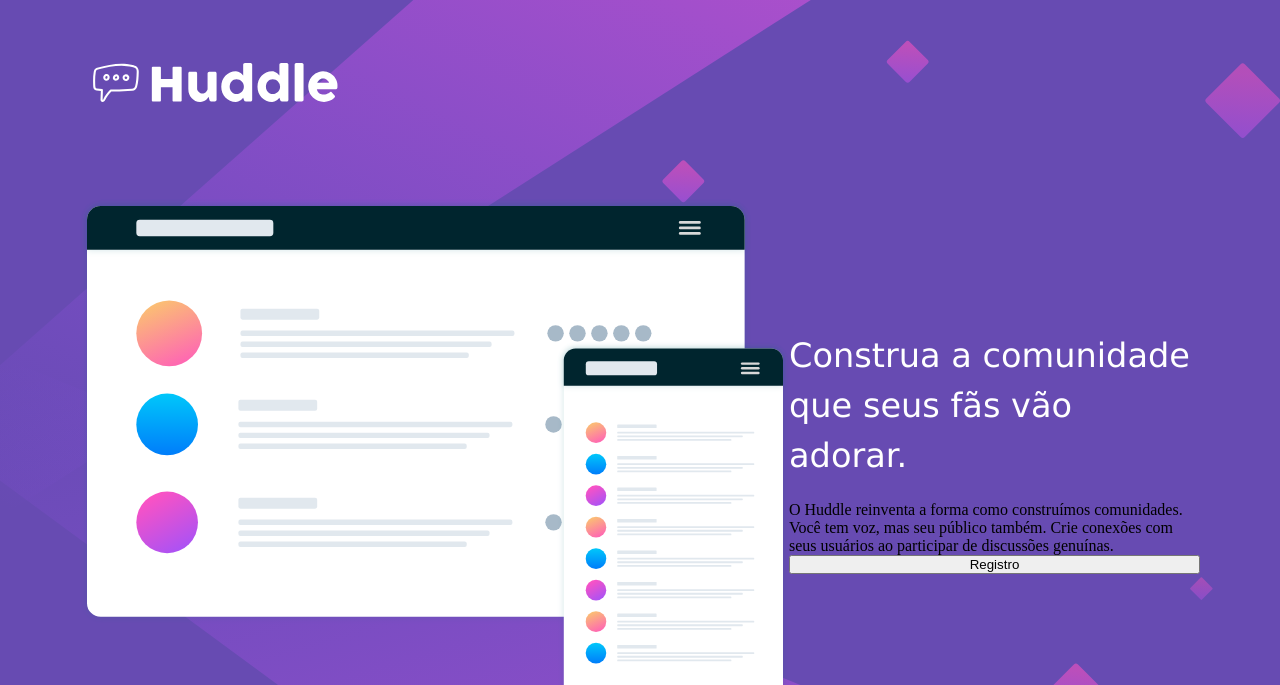
Repository: caique2512/Huddle
Page: index.html
An editor plug-in stored every save of this project. The page is shown before and after a run of saves, followed by the edit.
The browser window is 1280 px wide. The pictures show the part of the page from y = 0 to 685 px (the page is 1363 px tall).
A picture or video elsewhere on the page could not be fetched, so the positions and the page height are approximate.

Above is the page before, as saved 2026-02-27 18:02:01.

After the next 3 saves:
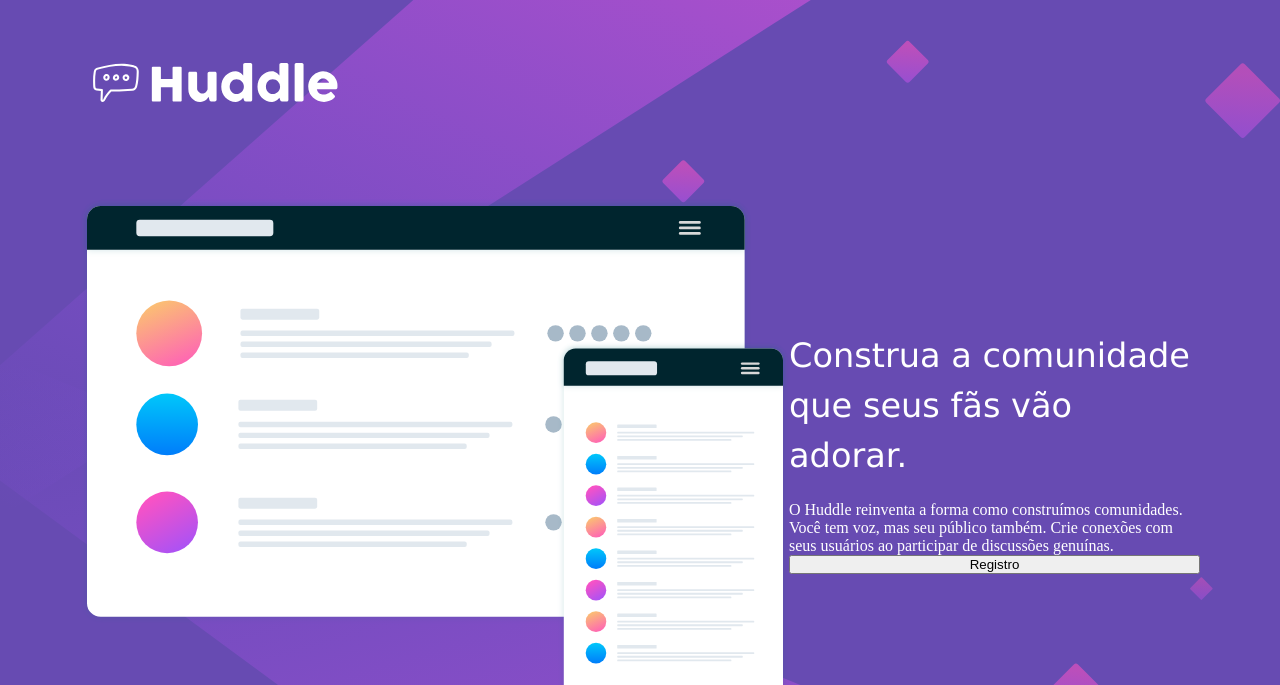
The 3 saves are shown as one change because they came seconds apart.
The last was saved 9 s later.
--- a/src/estilos.css
+++ b/src/estilos.css
@@ -30,4 +30,6 @@
     margin-bottom: 20px;
 }
 
-.conteudo .conteudo-principal .sub
+.conteudo .conteudo-principal .subtitulo {
+    color: white;
+}
